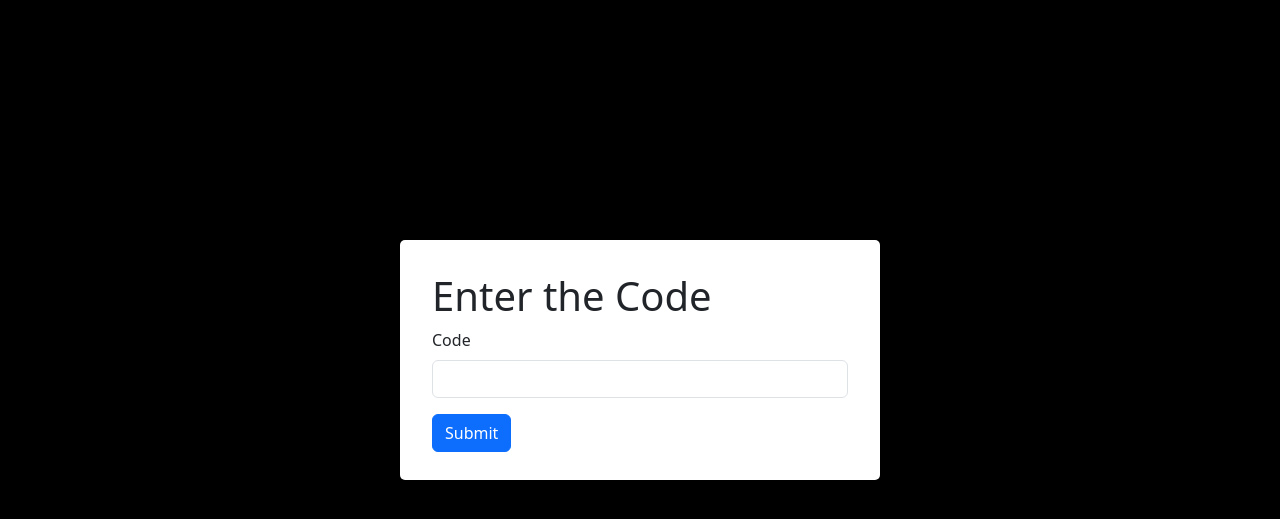
Repository: tran-thien-nhan/quiz_tlln
Page: index.html
The author's editor kept a copy of each file at every save. The page is drawn from the files as they stood at one save, then again after the next save.
The browser window is 1280 px wide. The pictures show the whole page.

Above is the page before, as saved 2023-06-28 12:35:33.

After the next save:
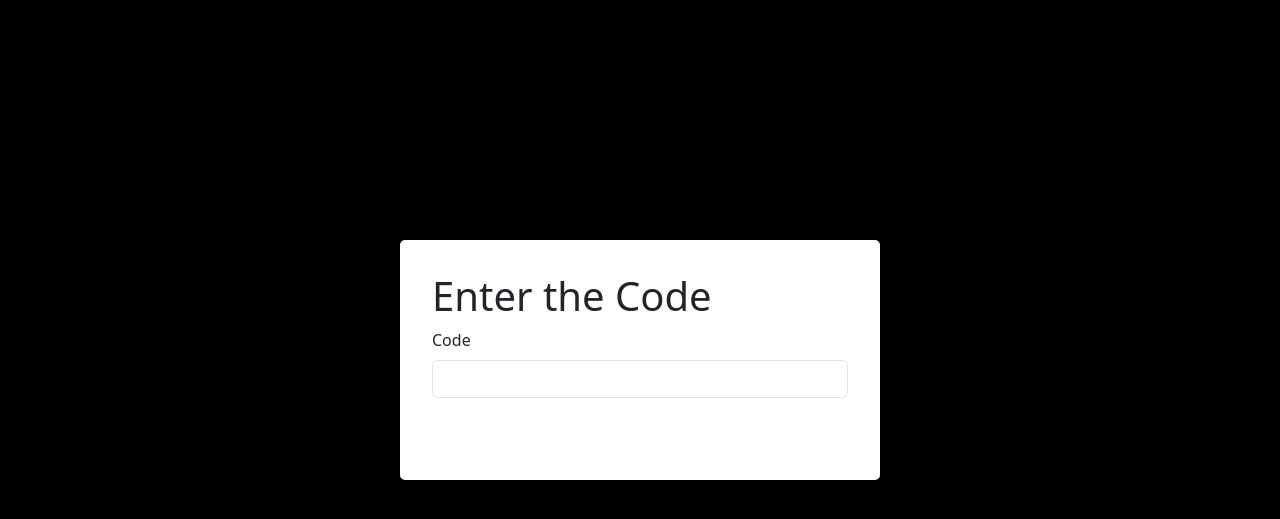
Saved 33 s later.
--- a/index.html
+++ b/index.html
@@ -43,7 +43,7 @@
         <label for="codeInput" class="form-label">Code</label>
         <input type="password" class="form-control" id="codeInput" required>
       </div>
-      <button id="code-btn" type="submit" class="btn btn-primary">Submit</button>
+      <!-- <button id="code-btn" type="submit" class="btn btn-primary">Submit</button> -->
     </form>
   </div>
 
